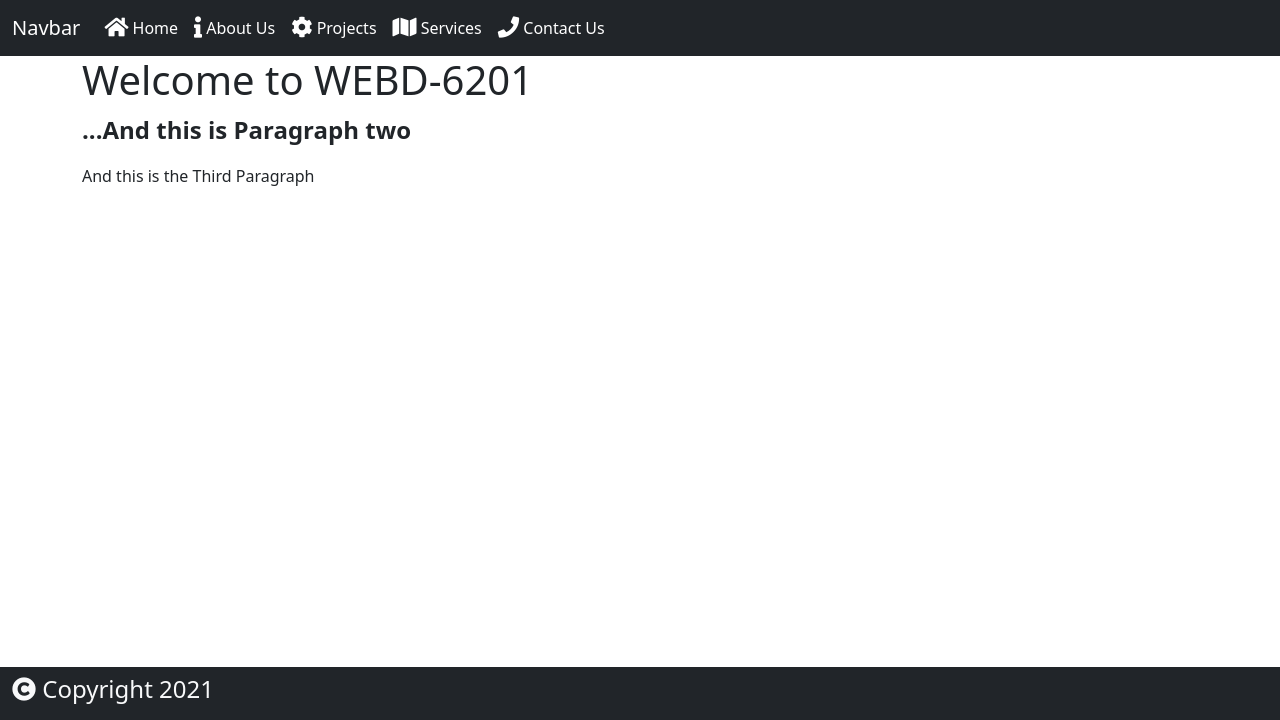
Repository: CKM206/WEBD6201-W2021---ICE1
Page: projects.html
An editor plug-in stored every save of this project. The page is shown before and after the next save, followed by the edit.
The browser window is 1280 px wide. The pictures show the whole page.

Above is the page before, as saved 2021-01-21 08:50:14.

### projects.html
<!DOCTYPE html>
<html lang="en">
<head>
    <meta charset="UTF-8">
    <meta name="viewport" content="width=device-width, initial-scale=1.0">
    <title>Projects</title>
    <!-- CSS Section -->
    <!-- Inject Bootstrap first, always-->
    <link rel="stylesheet"
    href="./node_modules/bootstrap/dist/css/bootstrap.min.css">
    <!-- Now inject Icon Fonts using Font Awesome-->
    <link rel="stylesheet"
    href="./node_modules/@fortawesome/fontawesome-free/css/all.min.css">
    <!-- Now inject our custom css-->
    <link rel="stylesheet" href="./Content/app.css">
</head>
<body>
    <!-- Main Header -->
    <header>
      <!-- Main Navigation -->
        <nav class="navbar navbar-expand-lg navbar-dark bg-dark">
            <div class="container-fluid">
              <a class="navbar-brand" href="index.html">Navbar</a>
              <button class="navbar-toggler" type="button" data-bs-toggle="collapse" data-bs-target="#navbarSupportedContent" aria-controls="navbarSupportedContent" aria-expanded="false" aria-label="Toggle navigation">
                <span class="navbar-toggler-icon"></span>
              </button>
              <div class="collapse navbar-collapse" id="navbarSupportedContent">
                <ul class="navbar-nav me-auto mb-2 mb-lg-0">
                  <li class="nav-item">
                    <a class="nav-link active" aria-current="page" href="index.html"><i class="fas fa-home fa-lg"></i> Home</a>
                  </li>
                  <li class="nav-item">
                    <a class="nav-link active" aria-current="page" href="about.html"><i class="fas fa-info fa-lg"></i> About Us</a>
                  </li>
                  <li class="nav-item">
                    <a class="nav-link active" aria-current="page" href="projects.html"><i class="fas fa-cog fa-lg"></i> Projects</a>
                  </li>
                  <li class="nav-item">
                    <a class="nav-link active" aria-current="page" href="services.html"><i class="fas fa-map fa-lg"></i> Services</a>
                  </li>
                  <li class="nav-item">
                    <a class="nav-link active" aria-current="page" href="contact.html"><i class="fas fa-phone fa-lg"></i> Contact Us</a>
                  </li>
                </ul>
              </div>
            </div>
          </nav>
    </header>
    <!-- Main Content -->
    <main class="container">
        <h1>Welcome to WEBD-6201</h1>
        <p id="paragraphOne"></p>
    </main>

    <!-- Footer Section -->
    <footer>
        <nav class="navbar fixed-bottom navbar-dark bg-dark">
            <div class="container-fluid">
              <h4 class="text-light"><i class="fas fa-copyright text-light"></i> Copyright 2021</h4>
            </div>
          </nav>
    </footer>

    <!--Script Section-->
    <script src="./node_modules/jquery/dist/jquery.min.js"></script>
    <script src="./node_modules/bootstrap/dist/js/bootstrap.bundle.min.js"></script>
    <script src="./Scripts/app.js"></script>
</body>
</html>

### Content/app.css
/* Custom CSS Here */

### Scripts/app.js
/* Custom Javascript Here */
"use strict";   // Indicate that the code should be executed in "strict mode".

// IIFE - Immediately Invoked Function Expression (Anonymous Self-Executing Function)
//-Acts as a Closure, Limits Scope Leak
(function()
{
    function Start()
    {
        console.log("App Started...");

        // This shows different ways of accessing an element; @see index.html <p> on line 51
        //-Each has its own use and solves different problems
        let paragraphOneText = "This is a simple site to demonstrate DOM Manipulation for ICE 1.";
        let paragraphOneElement = document.getElementById("paragraphOne");

        // let aParagraph = document.getElementsByTagName("p")[0];
        // let allParagraphs = document.getElementsByTagName("p");
        // let paragraphOneQuery = document.querySelector("p");
        // let paragraphOneQuerys = document.querySelectorAll("p");

        // Print each variable to the console, see how each one "points" to the same <p> element
        // console.log(paragraphOneElement);
        // console.log(aParagraph);
        // console.log(allParagraphs[0]);
        // console.log(paragraphOneQuery);
        // console.log(paragraphOneQuerys);

        // Assigning values to the textContent of the element we have a reference to
        paragraphOneElement.textContent = paragraphOneText;

        /* We can change the style as well..
          For the most part its best to use css sheets, but this can be useful when attempting
          dynamic effects on the webpage
        */
        //paragraphOneElement.style = "color: blue;";

        /* We can change the class of an element as well...
        * This is probably a better way of assigning css to elements (As compared to above)
        */
        //paragraphOneElement.className = "fs-4 fw-bold";


        // Injecting a new element
        let newParagraph = document.createElement("p");             // Create the Element
        newParagraph.setAttribute("id","paragraphTwo");             // Configure the Element
        newParagraph.textContent = "...And this is Paragraph two"   //--
        let mainContent = document.getElementsByTagName("main")[0]; // Get a reference to the Main Element
        mainContent.appendChild(newParagraph);                      // Append the new Element as a child of main

        // We can still make alterations to this element
        newParagraph.className = "fs-4 fw-bold";

        // Another way of injecting a new Element through Javascript
        let paragraphThree = '<p class ="fs-6">And this is the Third Paragraph</p>';    // Create the Element

        // Notice that this doesnt work, it is assigned as text verbatim, and erases all other content in main
        //mainContent.textContent = paragraphThree;

        let paragraphDiv = document.createElement('div');
        // Converting and Injecting the paragraph, it still erases all other content
        paragraphDiv.innerHTML = paragraphThree;

       // Insertions
       //-Example of insering before a node
       //newparagraph.before(paragraphDiv);

       // Inserting after a node
       newParagraph.after(paragraphDiv);

       // deletions

       //-Removing a single element
       //paragraphOneElement.remove();

       //-Removing a child element
       mainContent.removeChild(paragraphOneElement);

       // Updating & Modification
       //-Targetted Modifcation
       //mainContent.firstElementChild.textContent = "Welcome Home";

       // Bulk modififying mainContent
       //mainContent.innerHTML =
       //'<h1 id="firstHeading">Welcome to WEBD6201 - Lab 1</h1>' +
       //'<p id="paragraphOne" class="fs-3 fw-bold">A new First Paragraph</p>';



    }

    window.addEventListener("load", Start);
})();

Loaded but not shown: node_modules/bootstrap/dist/css/bootstrap.min.css (library); node_modules/@fortawesome/fontawesome-free/css/all.min.css (library); node_modules/jquery/dist/jquery.min.js (library); node_modules/bootstrap/dist/js/bootstrap.bundle.min.js (library)

After the next save:
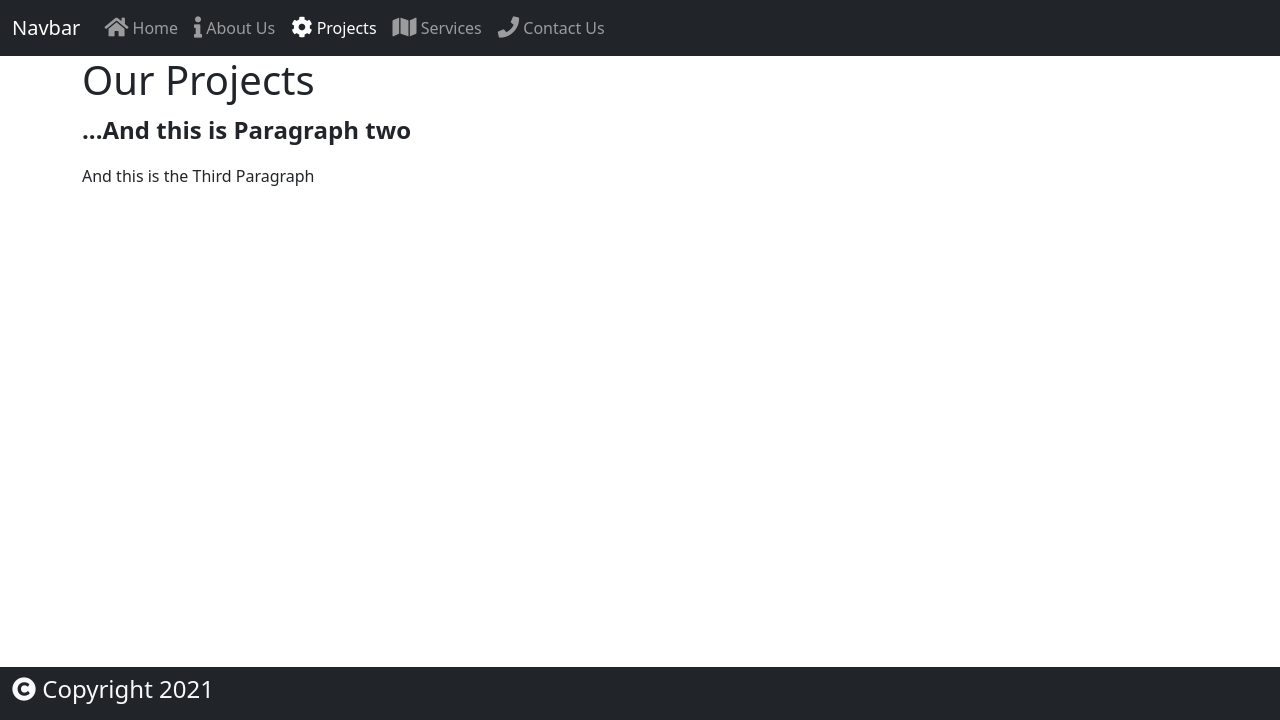
Saved 16 s later.
--- a/projects.html
+++ b/projects.html
@@ -27,19 +27,19 @@
               <div class="collapse navbar-collapse" id="navbarSupportedContent">
                 <ul class="navbar-nav me-auto mb-2 mb-lg-0">
                   <li class="nav-item">
-                    <a class="nav-link active" aria-current="page" href="index.html"><i class="fas fa-home fa-lg"></i> Home</a>
+                    <a class="nav-link" aria-current="page" href="index.html"><i class="fas fa-home fa-lg"></i> Home</a>
                   </li>
                   <li class="nav-item">
-                    <a class="nav-link active" aria-current="page" href="about.html"><i class="fas fa-info fa-lg"></i> About Us</a>
+                    <a class="nav-link" aria-current="page" href="about.html"><i class="fas fa-info fa-lg"></i> About Us</a>
                   </li>
                   <li class="nav-item">
                     <a class="nav-link active" aria-current="page" href="projects.html"><i class="fas fa-cog fa-lg"></i> Projects</a>
                   </li>
                   <li class="nav-item">
-                    <a class="nav-link active" aria-current="page" href="services.html"><i class="fas fa-map fa-lg"></i> Services</a>
+                    <a class="nav-link" aria-current="page" href="services.html"><i class="fas fa-map fa-lg"></i> Services</a>
                   </li>
                   <li class="nav-item">
-                    <a class="nav-link active" aria-current="page" href="contact.html"><i class="fas fa-phone fa-lg"></i> Contact Us</a>
+                    <a class="nav-link" aria-current="page" href="contact.html"><i class="fas fa-phone fa-lg"></i> Contact Us</a>
                   </li>
                 </ul>
               </div>
@@ -48,7 +48,7 @@
     </header>
     <!-- Main Content -->
     <main class="container">
-        <h1>Welcome to WEBD-6201</h1>
+        <h1>Our Projects</h1>
         <p id="paragraphOne"></p>
     </main>
 
